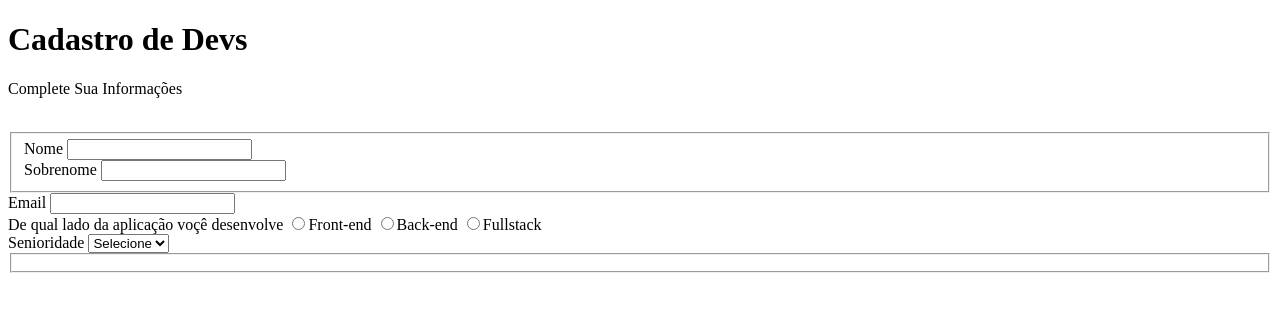
Repository: 2020francesco/formulario
Page: formulario.html
The author's editor kept a copy of each file at every save. The page is drawn from the files as they stood at one save, then again after the next save.
The browser window is 1280 px wide. The pictures show the whole page.

Above is the page before, as saved 2021-04-20 11:55:31.

### formulario.html
<!DOCTYPE html>
<html lang="en">
  <head>
    <meta charset="utf-8">
    <meta name="viewport" content="width=device-width, initial-scale=1.0">

    <title>Cadastro</title>
  </head>
  <body>

    <div>
      <h1>Cadastro de Devs</h1>
      <p>Complete Sua Informações</p>
      <br>
    </div>

    <form>
      <fieldset>
        <div>
          <label>Nome</label>
          <input type="text" name="nome" id="nome">
        </div>

        <div>
          <label>Sobrenome</label>
          <input type="text" name="sobrenome" id="sobrenome">
        </div>
      </fieldset>

      <div>
        <label>Email</label>
        <input type="email" name="email" id="email">
      </div>

      <div>
        <label>De qual lado da aplicação voçê desenvolve</label>
        <label>
          <input type="radio" name="devweb" value="frontend">Front-end
        </label>

        <label>
          <input type="radio" name="devweb" value="backend">Back-end
        </label>

        <label>
          <input type="radio" name="devweb" value="fullstack">Fullstack
        </label>
      </div>

      <div>
        <label>Senioridade</label>
        <select id="senioridade">
          <option selected disabled value="">Selecione</option>
          <option>Júnior</option>
          <option>Pleno</option>
          <option>Senior</option>
        </select>
      </div>

      <fieldset>
        <div>
          <label></label>
        </div>
      </fieldset>
    </form>

  </body>
</html>

After the next save:
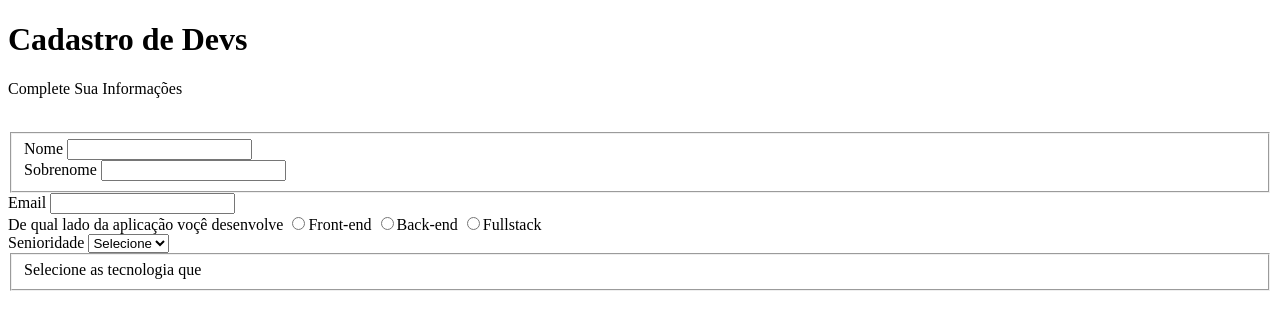
Saved 8 s later.
--- a/formulario.html
+++ b/formulario.html
@@ -59,7 +59,7 @@
 
       <fieldset>
         <div>
-          <label></label>
+          <label>Selecione as tecnologia que</label>
         </div>
       </fieldset>
     </form>
